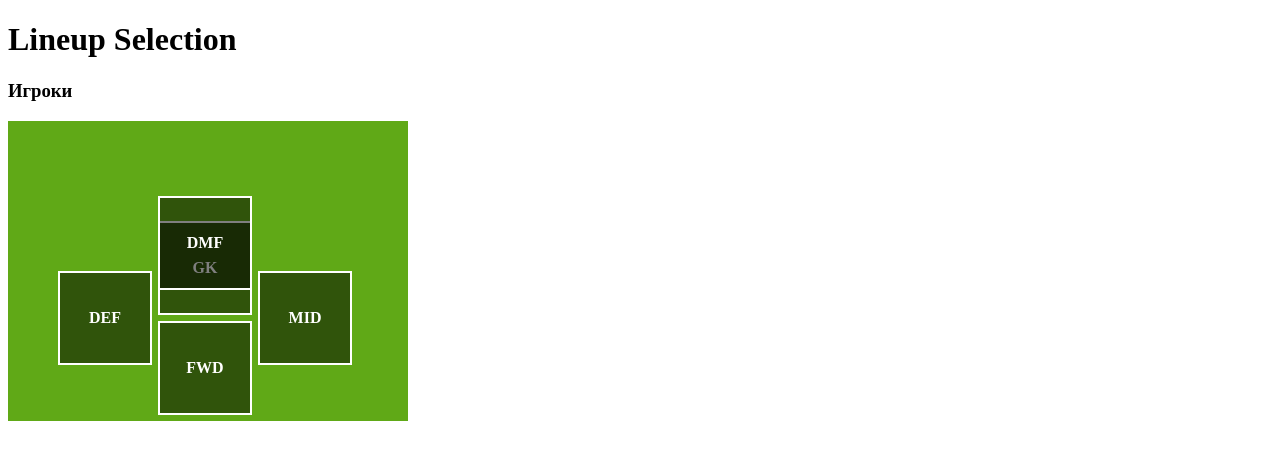
Repository: greatgreek73/soccergame
Page: http://localhost/lineup-selection/
An editor plug-in stored every save of this project. The page is shown before and after the next save, followed by the edit.
The browser window is 1280 px wide. The pictures show the whole page.
Some web libraries are served in a nearby version. The page is served by the project's application, run on Django 4.2 (manage.py). A made-up administrator, testuser (Test User, test@example.com), is signed in. Queries for data that is not in the repository find no rows.

Above is the page before, as saved 2024-04-18 20:54:21.

After the next save:
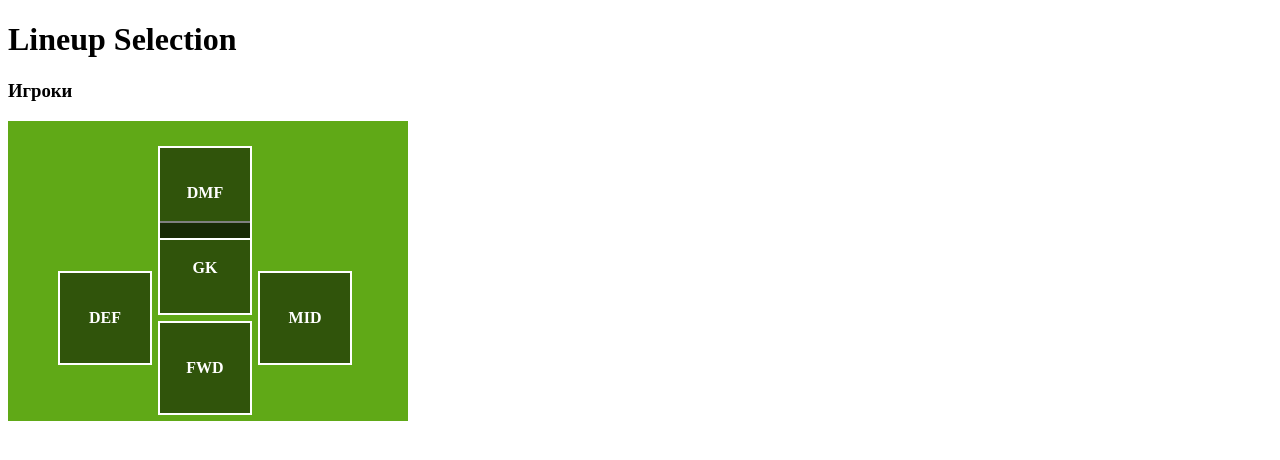
Saved 14 s later.
--- a/players/templates/lineup_selection.html
+++ b/players/templates/lineup_selection.html
@@ -173,7 +173,7 @@
         <div class="position" data-position="DEF" style="top: 150px; left: 50px;">DEF</div>
         <div class="position" data-position="MID" style="top: 150px; left: 250px;">MID</div>
         <div class="position" data-position="FWD" style="top: 200px; left: 150px;">FWD</div>
-        <div class="position" data-position="DMF" style="top: 75px; left: 150px;">DMF</div>
+        <div class="position" data-position="DMF" style="top: 25px; left: 150px;">DMF</div>
 
     </div>
 </body>
